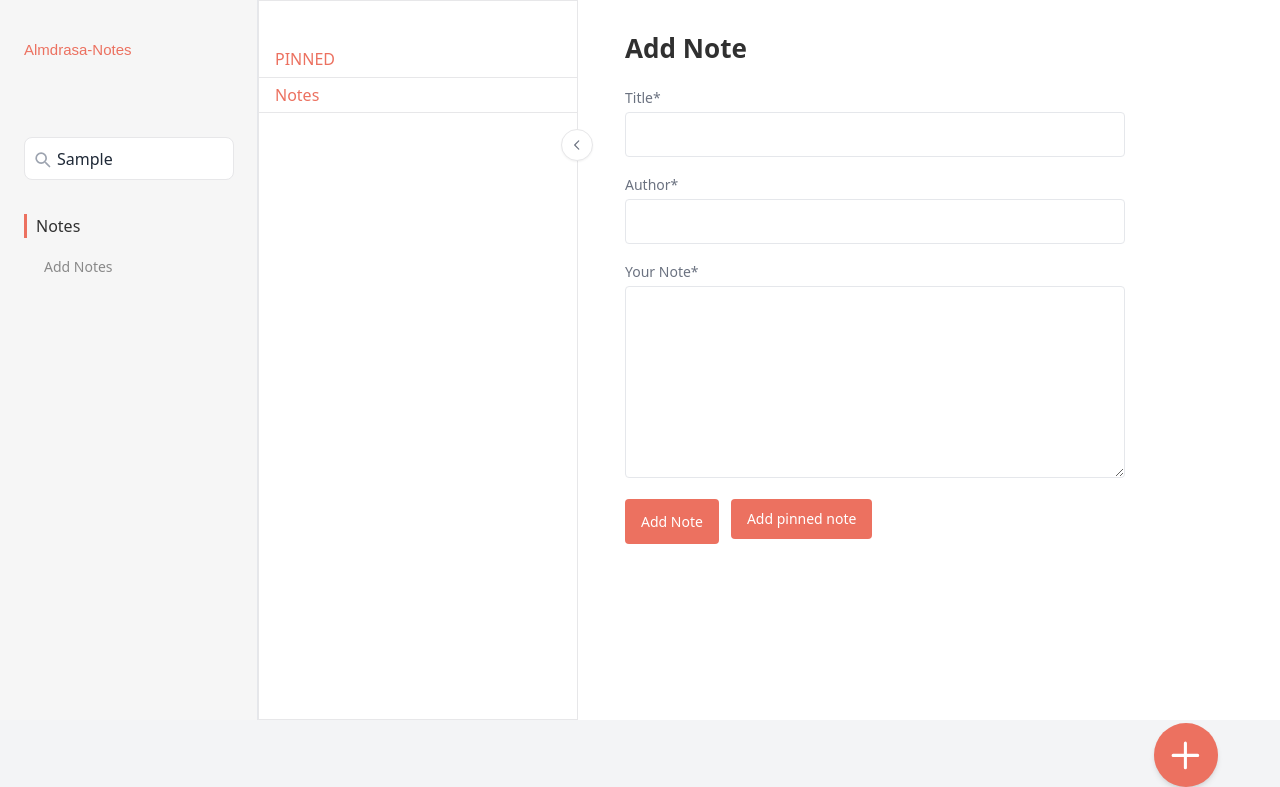
Repository: wafaa399/Note-App
Page: index.html
An editor plug-in stored every save of this project. The page is shown before and after the next save, followed by the edit.
The browser window is 1280 px wide. The pictures show the whole page.
Empty fields were first filled with sample values (such as "Sample", 5 or name@example.com).
After loading, the first visible `#addNoteFab` was clicked once.
Some web fonts or font styles are not loaded; a fallback is used. Some web libraries are served in a nearby version.

Above is the page before, as saved 2026-07-20 02:45:58.

After the next save:
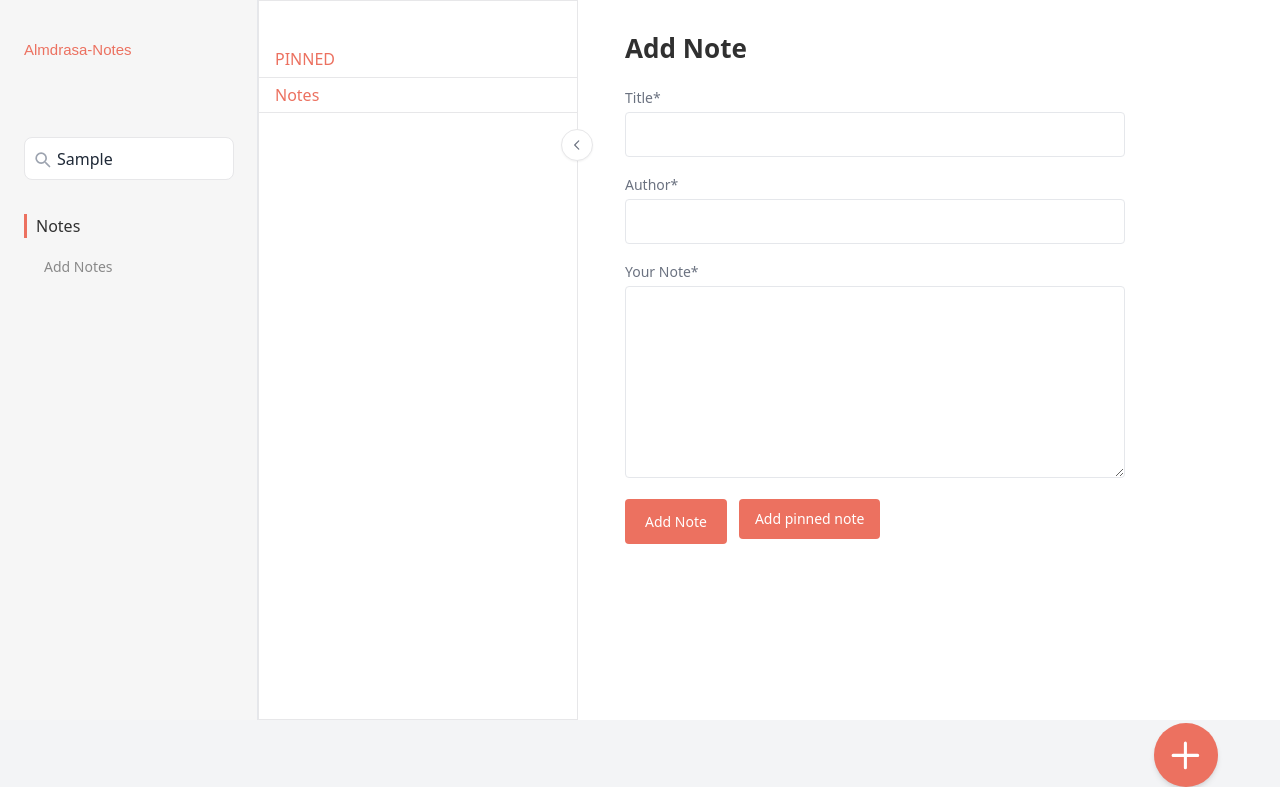
Saved 51 s later.
--- a/src/views/detailsView.js
+++ b/src/views/detailsView.js
@@ -32,7 +32,7 @@ export function renderAddNoteForm({ onSubmit }) {
         <textarea id="noteContent" rows="6" class="w-[31.25rem] h-[12rem] border border-gray-200 rounded px-3 py-2 outline-none focus:ring-1 focus:ring-red-400"></textarea>
       </div>
       <div class="flex gap-3">
-        <button id="addNoteBtn" class="[9rem] h-[2.8125rem] bg-[#EC7160] text-white px-4 py-2 rounded hover:bg-[#e05f4d]">Add Note</button>
+        <button id="addNoteBtn" class="[9rem] h-[2.8125rem] bg-[#EC7160] text-white px-5 py-2 rounded hover:bg-[#e05f4d]">Add Note</button>
         <button id="addPinnedBtn" class=" [8.625rem] h-[2.5rem] bg-[#EC7160] text-white  px-4 py-2 rounded hover:bg-[#e05f4d]">Add pinned note</button>
       </div>
     </div>
